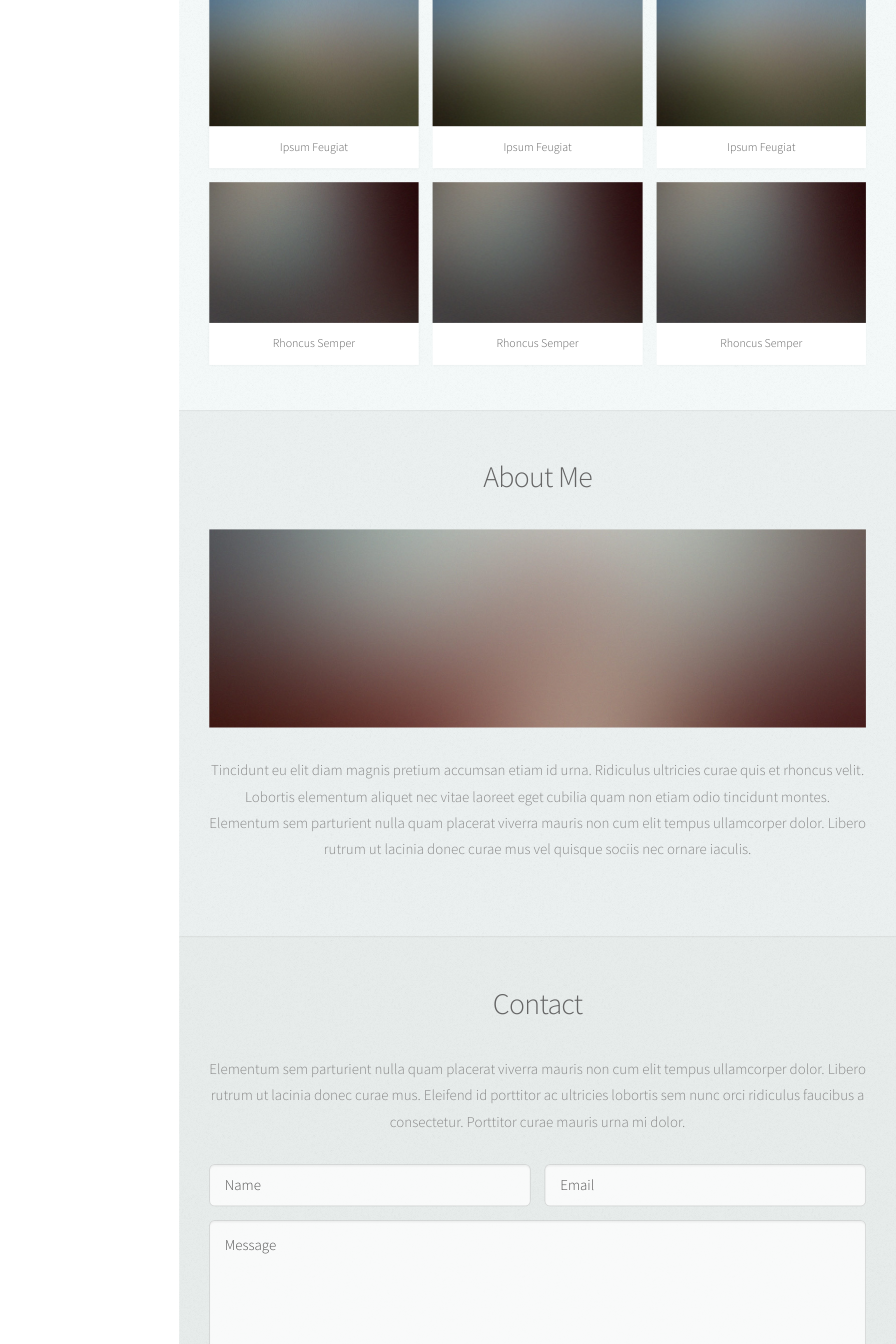
Repository: jaimesabalimperial/jaimesabalimperial.github.io
Page: index.html
An editor plug-in stored every save of this project. The page is shown before and after the next save, followed by the edit.
The browser window is 1280 px wide. The pictures show the part of the page from y = 936 to 2856 px (the page is 3288 px tall before and 3699 px after), at 70% of full size.

Above is the page before, as saved 2022-10-04 13:55:44.

After the next save:
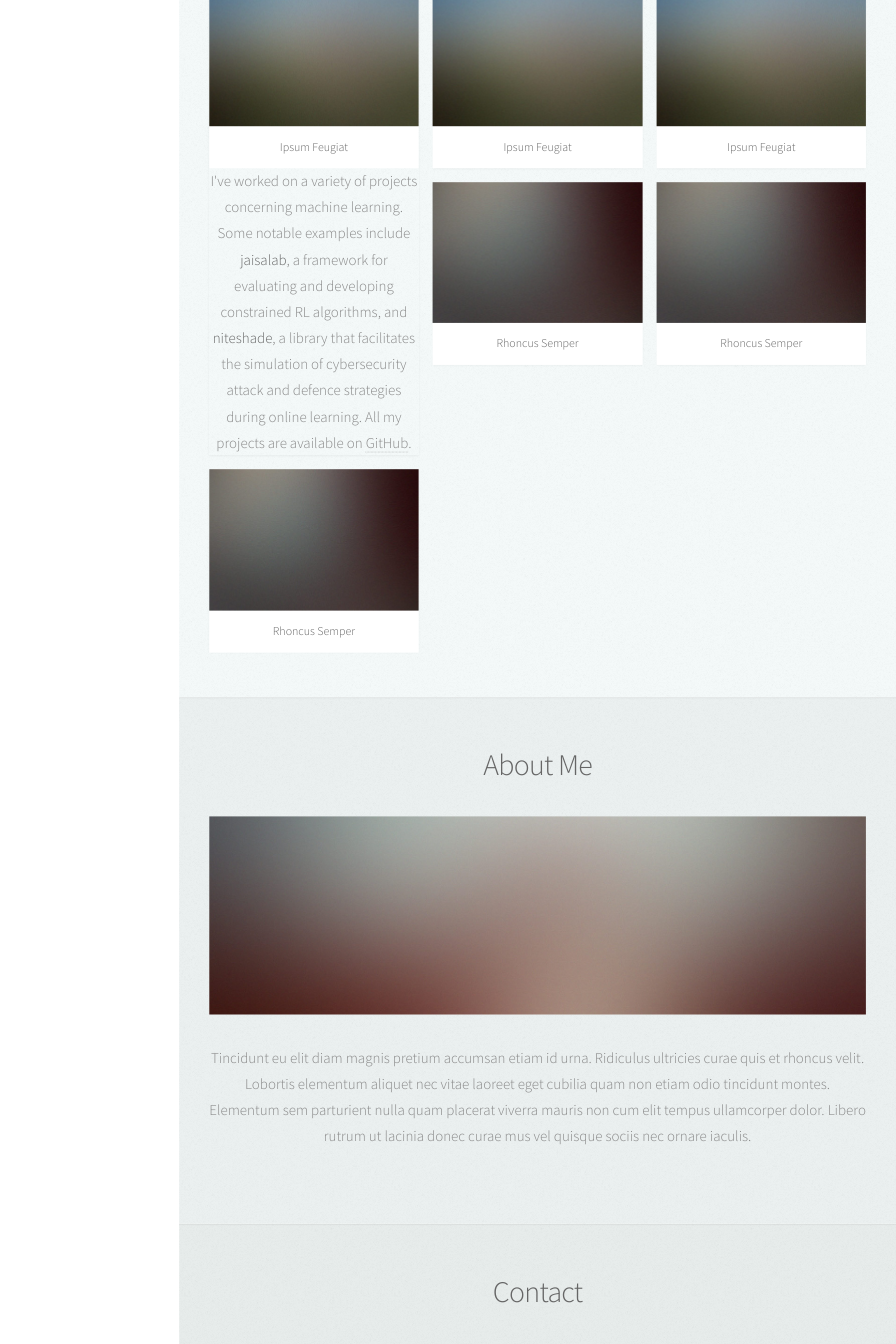
Saved 11 s later.
--- a/index.html
+++ b/index.html
@@ -94,6 +94,11 @@
 										<header>
 											<h3>Ipsum Feugiat</h3>
 										</header>
+										<p>I've worked on a variety of projects concerning machine learning. Some notable
+											examples include <strong>jaisalab</strong>, a framework for evaluating and developing
+											constrained RL algorithms, and <strong>niteshade</strong>, a library that facilitates
+											the simulation of cybersecurity attack and defence strategies during online learning.
+											All my projects are available on <a href="https://github.com/jaimesabalimperial">GitHub</a>.</p>
 									</article>
 									<article class="item">
 										<a href="#" class="image fit"><img src="images/pic03.jpg" alt="" /></a>
